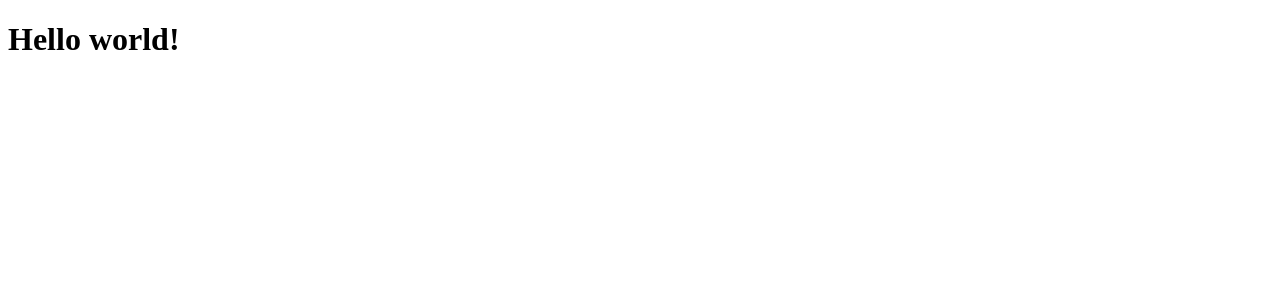
Repository: fmauricios/learning-java
Page: http://localhost/JavaEExample/
An editor plug-in stored every save of this project. The page is shown before and after the next save, followed by the edit.
The browser window is 1280 px wide. The pictures show the whole page.
The page is served by Tomcat 9.

Above is the page before, as saved 2017-06-10 03:48:38.

After the next save:
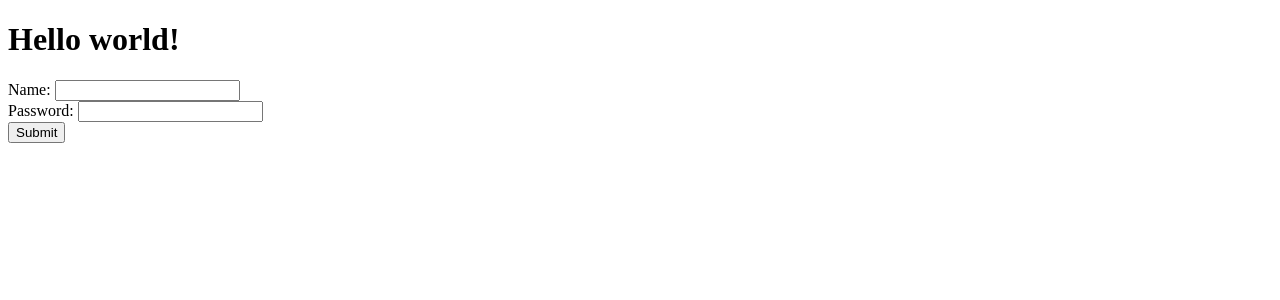
Saved 31 min 9 s later.
--- a/JavaEExample/WebContent/index.jsp
+++ b/JavaEExample/WebContent/index.jsp
@@ -8,5 +8,13 @@
 </head>
 <body>
 	<h1>Hello world!</h1>
+
+	<form action="login" method="post">
+		Name: <input type="text" name="name" />
+		<br />
+		Password: <input type="password" name="password" />
+		<br />
+		<input type="submit" name="Login" />
+	</form>
 </body>
 </html>
